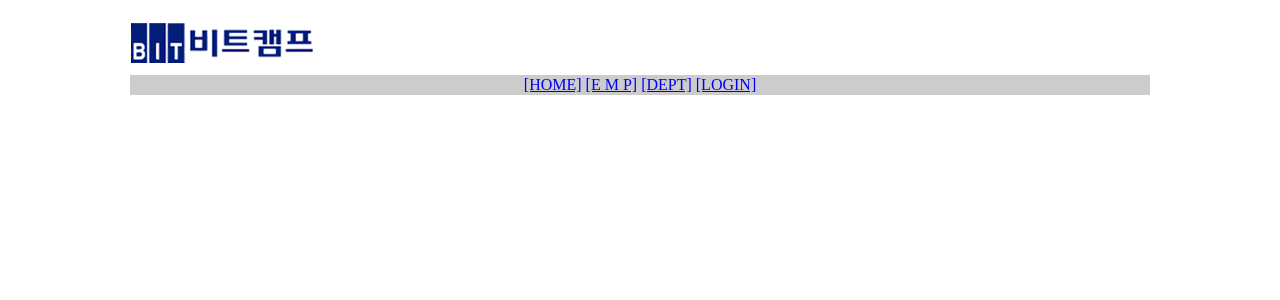
Repository: Deepsky110/LectureNotes
Page: http://localhost/web08/
An editor plug-in stored every save of this project. The page is shown before and after the next save, followed by the edit.
The browser window is 1280 px wide. The pictures show the whole page.
The page is served by Tomcat 9.

Above is the page before, as saved 2020-07-07 01:48:06.

After the next save:
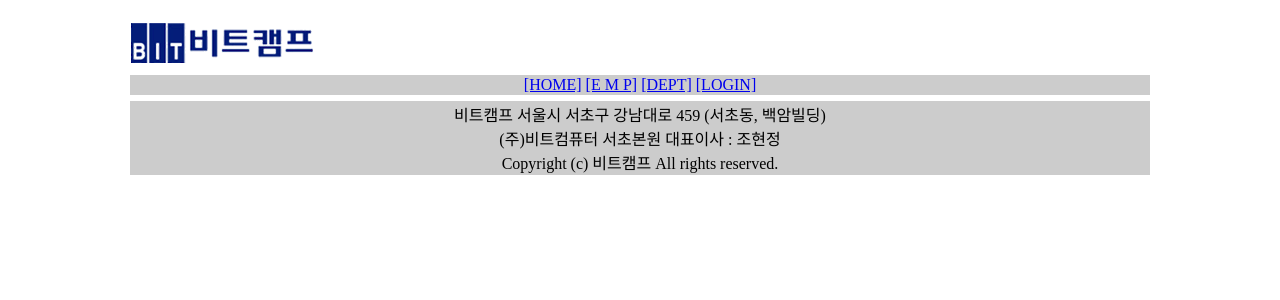
Saved 82 s later.
--- a/web08/WebContent/index.jsp
+++ b/web08/WebContent/index.jsp
@@ -22,10 +22,17 @@
 			</td>
 		</tr>
 		<tr>
-			<td></td>
+			<td>
+				<!-- contetn start -->
+				<!-- contetn end -->
+			</td>
 		</tr>
 		<tr>
-			<td></td>
+			<td align="center" bgcolor="#cccccc">
+				비트캠프 서울시 서초구 강남대로 459 (서초동, 백암빌딩)<br>
+				(주)비트컴퓨터 서초본원 대표이사 : 조현정<br>
+				Copyright (c) 비트캠프 All rights reserved.<br>
+			</td>
 		</tr>
 	</table>
 
